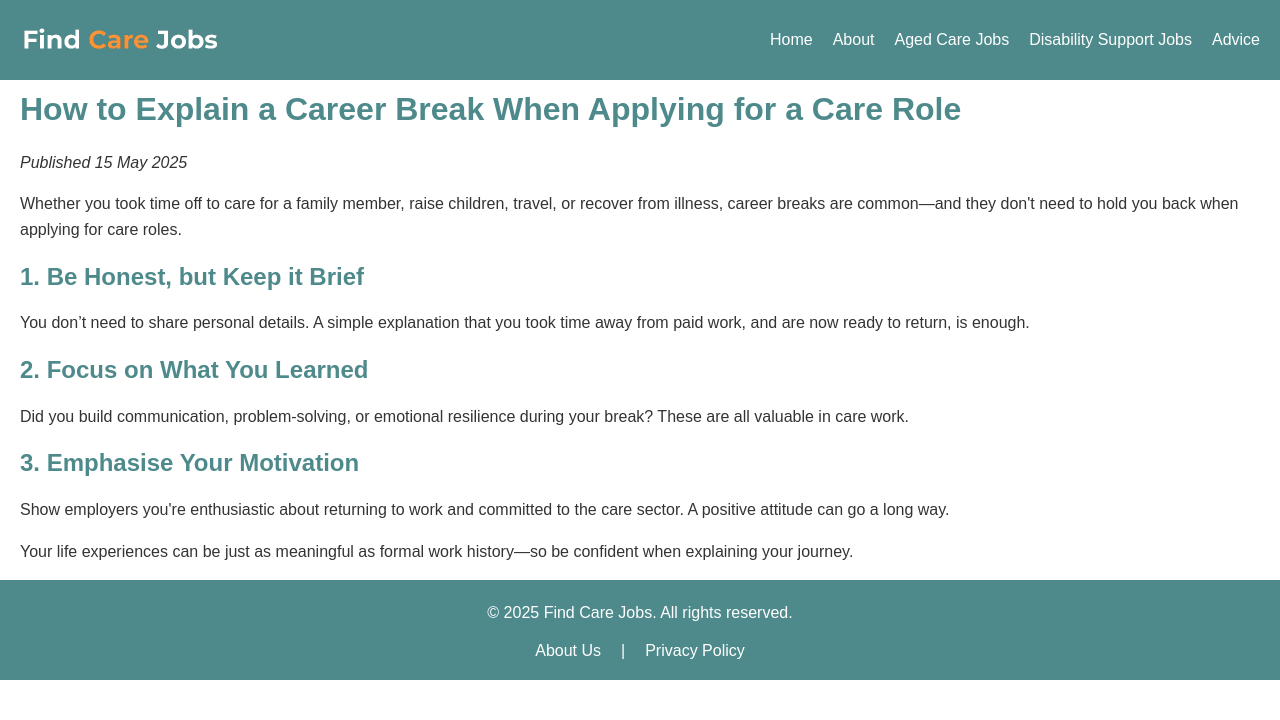
Repository: RichardCareJobs/find-care-jobs
Page: posts/explaining-a-career-break-care-job.html
The author's editor kept a copy of each file at every save. The page is drawn from the files as they stood at one save, then again after the next save.
The browser window is 1280 px wide. The pictures show the whole page.

Above is the page before, as saved 2025-05-31 11:25:44.

### posts/explaining-a-career-break-care-job.html
<!DOCTYPE html>
<html lang="en">
<head>
  <script>(function(w,d,s,l,i){w[l]=w[l]||[];w[l].push({'gtm.start':
  new Date().getTime(),event:'gtm.js'});var f=d.getElementsByTagName(s)[0],
  j=d.createElement(s),dl=l!='dataLayer'?'&l='+l:'';j.async=true;j.src=
  'https://www.googletagmanager.com/gtm.js?id='+i+dl;f.parentNode.insertBefore(j,f);
  })(window,document,'script','dataLayer','GTM-5VNSJFMC');</script>
  <meta charset="UTF-8" />
  <meta name="viewport" content="width=device-width, initial-scale=1.0" />
  <title>How to Explain a Career Break When Applying for a Care Role</title>
  <meta name="description" content="Taking time off work doesn’t mean you're unqualified. Learn how to explain a career break with confidence when applying for aged care or disability support roles." />
  <meta property="og:title" content="How to Explain a Career Break When Applying for a Care Role" />
  <meta property="og:description" content="Turn your career break into a strength with these tips for job applications in the care sector." />
  <meta property="og:type" content="article" />
  <meta property="og:url" content="https://yourdomain.com/posts/explaining-a-career-break-care-job.html" />
  <meta property="og:image" content="https://yourdomain.com/images/fcj-share-image.png" />
  <link rel="stylesheet" href="../styles.css" />
</head>
<body>
  <noscript><iframe src="https://www.googletagmanager.com/ns.html?id=GTM-5VNSJFMC"
    height="0" width="0" style="display:none;visibility:hidden"></iframe></noscript>
  <div id="global-header"></div>
  <main class="content">
    <h1>How to Explain a Career Break When Applying for a Care Role</h1>
    <p><em>Published 15 May 2025</em></p>
    <p>Whether you took time off to care for a family member, raise children, travel, or recover from illness, career breaks are common—and they don't need to hold you back when applying for care roles.</p>
    <h2>1. Be Honest, but Keep it Brief</h2>
    <p>You don’t need to share personal details. A simple explanation that you took time away from paid work, and are now ready to return, is enough.</p>
    <h2>2. Focus on What You Learned</h2>
    <p>Did you build communication, problem-solving, or emotional resilience during your break? These are all valuable in care work.</p>
    <h2>3. Emphasise Your Motivation</h2>
    <p>Show employers you're enthusiastic about returning to work and committed to the care sector. A positive attitude can go a long way.</p>
    <p>Your life experiences can be just as meaningful as formal work history—so be confident when explaining your journey.</p>
  </main>
  <div id="global-footer"></div>
  <script>
    fetch('../header.html').then(res => res.text()).then(data => document.getElementById('global-header').innerHTML = data);
    fetch('../footer.html').then(res => res.text()).then(data => document.getElementById('global-footer').innerHTML = data);
  </script>
</body>
</html>

### header.html
<header>
    <div class="header-container">

      <div class="logo">
  <a href="/">
    <img src="/images/FCJ-Logo-Horizontal.png" alt="Find Care Jobs" height="60" width="200" />
  </a>
</div>


      <!-- favicon -->
<link rel="icon" type="image/png" sizes="96x96" href="/favicon-96x96.png" />
<link rel="icon" type="image/svg+xml"       href="/favicon.svg"          />
<link rel="shortcut icon"                    href="/favicon.ico"          />
<link rel="apple-touch-icon" sizes="180x180" href="/apple-touch-icon.png" />
<meta name="apple-mobile-web-app-title" content="Find Care Jobs" />
<link rel="manifest"                         href="/site.webmanifest"     />


      <!-- Normal Nav Links (Desktop) -->
      <nav class="nav-links">
        <a href="/index.html">Home</a>
        <a href="/about.html">About</a>
        <a href="/aged-care-jobs.html">Aged Care Jobs</a>
        <a href="/disability-support-jobs.html">Disability Support Jobs</a>
        <a href="/advice.html">Advice</a>

      </nav>

      <!-- Hamburger Icon (Mobile) -->
      <div class="hamburger-menu" id="hamburger-menu">
        &#9776; <!-- A simple Unicode hamburger icon -->
      </div>
    </div>

    <!-- Collapsible Menu (Mobile) -->
    <nav class="mobile-nav" id="mobile-nav">
      <a href="/index.html">Home</a>
        <a href="/about.html">About</a>
        <a href="/aged-care-jobs.html">Aged Care Jobs</a>
        <a href="/disability-support-jobs.html">Disability Support Jobs</a>
        <a href="/advice.html">Advice</a>

    </nav>
  </header>

### footer.html
<footer class="global-footer">
    <p>&copy; 2025 Find Care Jobs. All rights reserved.</p>
    <nav>
        <a href="/about">About Us</a> |

        <a href="/privacy">Privacy Policy</a>
    </nav>
</footer>

Loaded but not shown: styles.css (949 lines, source omitted)

After the next save:
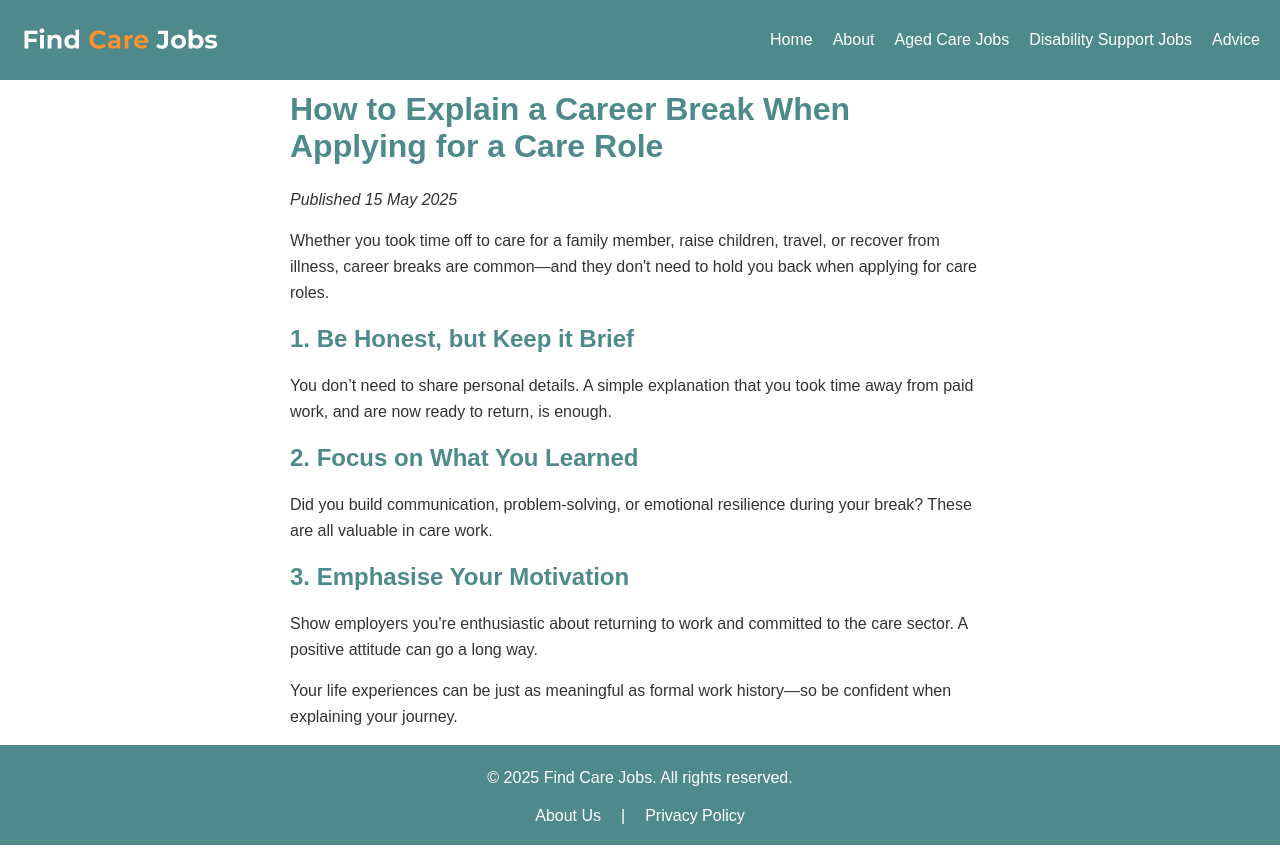
Saved 1 s later.
--- a/posts/explaining-a-career-break-care-job.html
+++ b/posts/explaining-a-career-break-care-job.html
@@ -22,6 +22,7 @@
     height="0" width="0" style="display:none;visibility:hidden"></iframe></noscript>
   <div id="global-header"></div>
   <main class="content">
+    <div class="blog-container">
     <h1>How to Explain a Career Break When Applying for a Care Role</h1>
     <p><em>Published 15 May 2025</em></p>
     <p>Whether you took time off to care for a family member, raise children, travel, or recover from illness, career breaks are common—and they don't need to hold you back when applying for care roles.</p>
@@ -32,6 +33,7 @@
     <h2>3. Emphasise Your Motivation</h2>
     <p>Show employers you're enthusiastic about returning to work and committed to the care sector. A positive attitude can go a long way.</p>
     <p>Your life experiences can be just as meaningful as formal work history—so be confident when explaining your journey.</p>
+  </div>
   </main>
   <div id="global-footer"></div>
   <script>
